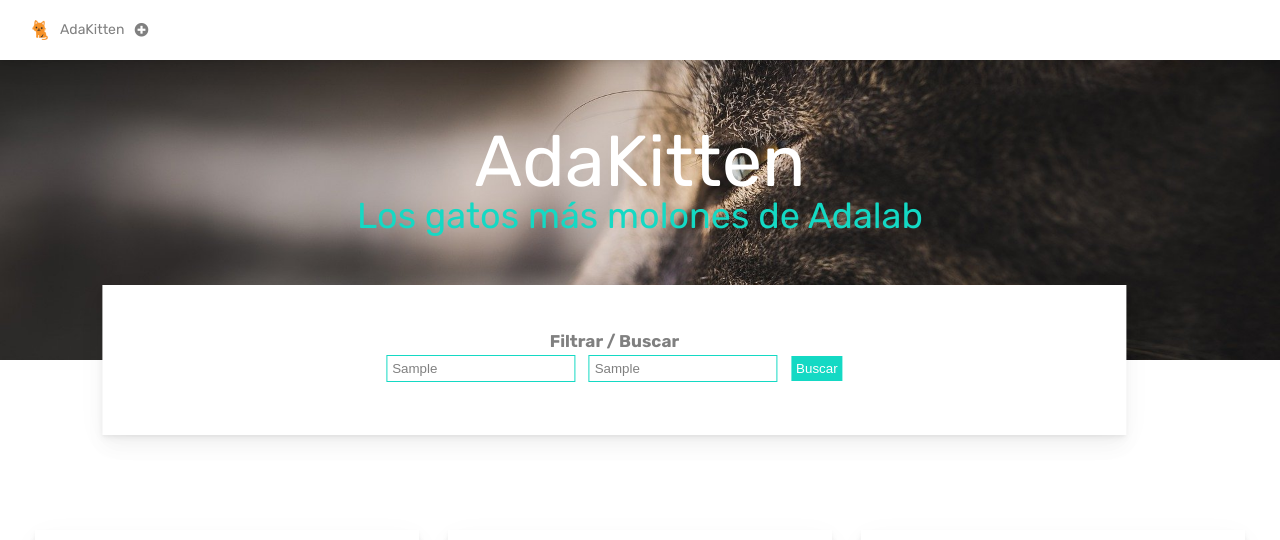
Repository: Adalab/promo-s-module-2-pair-7-sprint-1-ada-kitten
Page: index.html
The author's editor kept a copy of each file at every save. The page is drawn from the files as they stood at one save, then again after the next save.
The browser window is 1280 px wide. The pictures show the part of the page from y = 0 to 540 px (the page is 997 px tall).
Empty fields were first filled with sample values (such as "Sample", 5 or name@example.com).
After loading, the first visible `span.fas` was clicked once.
Pictures or frames that could not be fetched are drawn as grey boxes. Some web libraries are served in a nearby version.

Above is the page before, as saved 2023-02-07 10:54:49.
Console error: ReferenceError: newFormElement is not defined

### index.html
<!DOCTYPE html>
<html lang="es">
  <head>
    <meta charset="UTF-8" />
    <meta http-equiv="X-UA-Compatible" content="IE=edge" />
    <meta name="viewport" content="width=device-width, initial-scale=1.0" />
    <link rel="preconnect" href="https://fonts.googleapis.com" />
    <link rel="preconnect" href="https://fonts.gstatic.com" crossorigin />
    <link
      href="https://fonts.googleapis.com/css2?family=Rubik:wght@300;400;700&display=swap"
      rel="stylesheet"
    />
    <link
      rel="stylesheet"
      href="https://pro.fontawesome.com/releases/v5.10.0/css/all.css"
      integrity="sha384-AYmEC3Yw5cVb3ZcuHtOA93w35dYTsvhLPVnYs9eStHfGJvOvKxVfELGroGkvsg+p"
      crossorigin="anonymous"
    />
    <link rel="icon" href="./img/favicon.png" type="image/x-icon" />
    <link rel="stylesheet" href="./css/reset.css" />
    <link rel="stylesheet" href="./css/main.css" />
    <title>AdaKitten</title>
  </head>
  <body>
    <header class="header">
      <section class="logo">
        <img class="img" src="./img/favicon.png" alt="Logo de Adacats" />
        <h1>AdaKitten</h1>
        <nav class="menu-nav">
          <ul class="menu">
            <li class="item">
              <span class="fas fa-plus-circle js-fas"> </span>
            </li>
          </ul>
        </nav>
      </section>
    </header>

    <main>
      <section class="new-form collapsed js-new-form">
        <h2 class="title">¿Agregamos un nuevo gatito a Adalab?</h2>
        <form class="form">
          <input
            class="input js-input-photo"
            type="text"
            placeholder="Url de la foto"
            required
          />
          <input
            class="input js-input-name"
            type="text"
            placeholder="Nombre"
            required
          />
          <input class="input js-input-race" type="text" placeholder="Raza" />
          <input
            class="input js-input-desc"
            type="text"
            placeholder="Descripción"
            required
          />
          <label class="js-label-error"></label>
          <button class="button js-btn-add">Añadir</button>
          <button class="button-cancel">Cancelar</button>
        </form>
      </section>

      <section class="about-us">
        <h1 class="title">AdaKitten</h1>
        <h2 class="subtitle">Los gatos más molones de Adalab</h2>
      </section>

      <section class="search">
        <h2 class="title">Filtrar / Buscar</h2>
        <form class="form">
          <input
            class="input js_in_search_desc"
            type="text"
            placeholder="Descripción"
            value=""
          />
          <input
            class="input"
            type="select"
            name="raza"
            placeholder="Raza"
            id="raza"
          />

          <button class="button">Buscar</button>
        </form>
      </section>

      <section class="data">
        <ul class="list js-list">
          <!--<li class="card">
            <article>
              <img
                class="card_img"
                src="https://dev.adalab.es/gato-siames.webp"
                alt="siames-cat"
              />
              <h3 class="card_title">Anastacio</h3>
              <h4 class="card_race">Siamés</h4>
              <p class="card_description">
                Porte elegante, su patrón de color tan característico y sus ojos
                de un azul intenso, pero su historia se remonta a Asía al menos
                hace 500 años, donde tuvo su origen muy posiblemente.
              </p>
            </article>
          </li>

          <li class="card">
            <img
              class="card_img"
              src="https://dev.adalab.es/sphynx-gato.webp"
              alt="sphynx-cat"
            />
            <h3 class="card_title">Fiona</h3>
            <h4 class="card_race">Sphynx</h4>
            <p class="card_description">
              Produce fascinación y curiosidad. Exótico, raro, bello, extraño…
              hasta con pinta de alienígena han llegado a definir a esta raza
              gatuna que se caracteriza por la «ausencia» de pelo.
            </p>
          </li>
          <li class="card">
            <img
              class="card_img"
              src="https://dev.adalab.es/maine-coon-cat.webp"
              alt="maine-coon-cat"
            />
            <h3 class="card_title">Cielo</h3>
            <h4 class="card_race">Maine Coon</h4>
            <p class="card_description">
              Tienen la cabeza cuadrada y los ojos simétricos, por lo que su
              bella mirada se ha convertido en una de sus señas de identidad.
              Sus ojos son grandes y las orejas resultan largas y en punta.
            </p>
          </li>-->
        </ul>
      </section>
    </main>
    <footer class="footer">
      <h3 class="subtittle">&copy; Adalab 2022</h3>
    </footer>
    <script src="./js/script.js"></script>
  </body>
</html>

### css/main.css
:root {
  --color-green: #14d9c4;
  font-family: 'Rubik', sans-serif;
  font-size: 14px;
  color: grey;
}

li {
  list-style: none;
}
.header {
  width: 100%;
  height: 50px;
  position: fixed;
  z-index: 1;
  top: 0;
  box-shadow: 0 0.46875rem 2.1875rem rgb(4 9 20 / 3%),
    0 0.9375rem 1.40625rem rgb(4 9 20 / 3%),
    0 0.25rem 0.53125rem rgb(4 9 20 / 5%), 0 0.125rem 0.1875rem rgb(4 9 20 / 3%);
  display: flex;
  justify-content: space-between;
  background-color: white;
  padding: 30px;
}
.header .logo {
  display: flex;
  justify-content: flex-start;
  align-items: center;
  width: 80vh;
}

.header .menu-nav {
  display: flex;
  justify-content: center;
  align-items: center;
}

.header .menu {
  display: flex;
}

.menu .item {
  padding: 10px;
}

.header .img {
  width: 30px;
  padding-right: 10px;
}

.header .view {
  display: flex;
}

.header .view .item {
  padding-right: 10px;
}

.about-us {
  background-image: url('../img/fondo.jpeg');
  width: 100%;
  height: 50vh;
  background-repeat: no-repeat;
  background-position: center;
  background-size: cover;
  display: flex;
  flex-direction: column;
  justify-content: center;
  align-items: center;
}

.about-us .title {
  color: white;
  font-size: 72px;
}
.about-us .subtitle {
  color: var(--color-green);
  font-size: 36px;
}

.search {
  width: 80%;
  background-color: white;
  box-shadow: 0 0.46875rem 2.1875rem rgb(4 9 20 / 3%),
    0 0.9375rem 1.40625rem rgb(4 9 20 / 3%),
    0 0.25rem 0.53125rem rgb(4 9 20 / 5%), 0 0.125rem 0.1875rem rgb(4 9 20 / 3%);
  height: 150px;
  transform: translate(10%, -50%);
  display: flex;
  flex-direction: column;
  justify-content: center;
  align-items: center;
}

.search .title {
  color: fff;
  font-size: 17px;
  font-weight: 600;
}

.data {
  padding: 20px;
}

.data .list {
  display: flex;
  flex-direction: row;
  flex-wrap: wrap;
  justify-content: flex-start;
  align-items: center;
}

.card {
  display: flex;
  flex-direction: column;
  justify-content: center;
  align-items: center;
  margin: auto;
  background-color: white;
  overflow: hidden;
  padding: 10px;
  transition: 0.25s all;
  width: 100vw;
  box-shadow: 0 0.46875rem 2.1875rem rgb(4 9 20 / 3%),
    0 0.9375rem 1.40625rem rgb(4 9 20 / 3%),
    0 0.25rem 0.53125rem rgb(4 9 20 / 5%), 0 0.125rem 0.1875rem rgb(4 9 20 / 3%);
  text-align: center;
}
@media all and (min-width: 500px) {
  .card {
    width: 30vw;
  }
}

.card_img {
  width: 100%;
  height: 250px;
  object-fit: cover;
}

.card_title {
  font-weight: 600;
  padding: 10px;
}

.card_race {
  padding: 10px;
}
.card_description {
  padding: 10px;
}

.footer {
  background-color: var(--color-green);
  height: 30px;
  width: 100%;
  display: flex;
  align-items: center;
  justify-content: center;
  color: white;
}

.new-form {
  top: 50px;
  width: 40vh;
  height: 100%;
  background-color: white;
  box-shadow: 0 0.46875rem 2.1875rem rgb(4 9 20 / 3%),
    0 0.9375rem 1.40625rem rgb(4 9 20 / 3%),
    0 0.25rem 0.53125rem rgb(4 9 20 / 5%), 0 0.125rem 0.1875rem rgb(4 9 20 / 3%);
  position: absolute;
  z-index: 2;
  display: flex;
  flex-direction: column;
  align-items: center;
}
.new-form .title {
  font-size: 18px;
  padding: 10px;
  margin-top: 20px;
}

.new-form .form {
  width: 80%;
  display: flex;
  flex-direction: column;
  padding: 10px;
}

.input {
  margin: 5px;
  padding: 5px;
  border: 0.5px solid var(--color-green);
  color: grey;
}

.button {
  background-color: var(--color-green);
  border: none;
  padding: 5px;
  margin: 5px;
  color: white;
}

.collapsed {
  display: none;
}

.button-cancel {
  background-color: grey;
  border: none;
  padding: 5px;
  margin: 5px;
  color: white;
}

### js/script.js
'use strict';

const newForm = document.querySelector('.js-new-form');

/* newForm.classList.remove("collapsed");*/

const dataList = document.querySelector(".js-list");


const kittenOneImage = "https://dev.adalab.es/gato-siames.webp";
const kittenOneName = "Anastacio";
const kittenOneDesc = "Porte elegante, su patrón de color tan característico y sus ojos de un azul intenso, pero su historia se remonta a Asía al menos hace 500 años, donde tuvo su origen muy posiblemente.";
const kittenOneRace = "Siamés";

const kittenTwoImage = "https://dev.adalab.es/sphynx-gato.webp";
const kittenTwoName = "Fiona";
const kittenTwoDesc = "Produce fascinación y curiosidad. Exótico, raro, bello, extraño... hasta con pinta de alienígena han llegado a definir a esta raza gatuna que se caracteriza por la «ausencia» de pelo.";
const kittenTwoRace = "Sphynx";

const kittenThreeImage = "https://dev.adalab.es/maine-coon-cat.webp"
const kittenThreeName = "Cielo";
const kittenThreeDesc = "Tienen la cabeza cuadrada y los ojos simétricos, por lo que su bella mirada se ha convertido en una de sus señas de identidad. Sus ojos son grandes y las orejas resultan largas y en punta.";
const kittenThreeRace = "Maine Coon";

const kittenOne = `<li class="card">
<article>
  <img
    class="card_img"
    src= ${kittenOneImage}
    alt="gatito"
  />
  <h3 class="card_title">${kittenOneName.toUpperCase()}</h3>
  <h4 class="card_race">${kittenOneRace}</h4>
  <p class="card_description">
  ${kittenOneDesc}
   </p>
</article>
</li>`;

const kittenTwo = `<li class="card">
<article>
  <img
    class="card_img"
    src= ${kittenTwoImage}
    alt="gatito"
  />
  <h3 class="card_title">${kittenTwoName.toUpperCase()}</h3>
  <h4 class="card_race">${kittenTwoRace}</h4>
  <p class="card_description">
  ${kittenTwoDesc}
   </p>
</article>
</li>`;

const kittenThree = `<li class="card">
<article>
  <img
    class="card_img"
    src= ${kittenThreeImage}
    alt="gatito"
  />
  <h3 class="card_title">${kittenThreeName.toUpperCase()}</h3>
  <h4 class="card_race">${kittenThreeRace}</h4>
  <p class="card_description">
  ${kittenThreeDesc}
   </p>
</article>
</li>`;

/*dataList.innerHTML = kittenOne;



/*const kittenTwo = `<li class="card">
            <img
              class="card_img"
              src="https://dev.adalab.es/sphynx-gato.webp"
              alt="sphynx-cat"
            />
            <h3 class="card_title">Fiona</h3>
            <h4 class="card_race">Sphynx</h4>
            <p class="card_description">
              Produce fascinación y curiosidad. Exótico, raro, bello, extraño…
              hasta con pinta de alienígena han llegado a definir a esta raza
              gatuna que se caracteriza por la «ausencia» de pelo.
            </p>
          </li>`*/

/*dataList.innerHTML += kittenTwo;*/

/*const kittenThree = `<li class="card">
            <img
              class="card_img"
              src="https://dev.adalab.es/maine-coon-cat.webp"
              alt="maine-coon-cat"
            />
            <h3 class="card_title">Cielo</h3>
            <h4 class="card_race">Maine Coon</h4>
            <p class="card_description">
              Tienen la cabeza cuadrada y los ojos simétricos, por lo que su
              bella mirada se ha convertido en una de sus señas de identidad.
              Sus ojos son grandes y las orejas resultan largas y en punta.
            </p>
          </li>`*/



/*dataList.innerHTML += kittenThree;*/


const input_search_desc = document.querySelector(".js_in_search_desc");
const descSearchText = input_search_desc.value;
if(kittenOneDesc.includes (descSearchText)) {
  dataList.innerHTML = kittenOne;
  }

if(kittenTwoDesc.includes (descSearchText)) {
  dataList.innerHTML += kittenTwo;
}
if(kittenThree.includes (descSearchText)) {
  dataList.innerHTML += kittenThree;
}


const newform = document.querySelector(".js-new-form");
const plus = document.querySelector(".js-fas");


/*plus.addEventListener('click', (event) => {
  if (newform.classList.contains('collapsed')) {
  newform.classList.remove("collapsed");
} else {
  newform.classList.add("collapsed");

}});*/
plus.addEventListener('click', handleClickNewCatForm);

function showNewCatForm() {
  newFormElement.classList.remove('collapsed');
}
function hideNewCatForm() {
  newFormElement.classList.add('collapsed');
}

function handleClickNewCatForm(event) {
  event.preventDefault();
  if (newform.classList.contains('collapsed')) {
    newFormElement.classList.remove('collapsed');
  } else {
    newform.classList.add('collapsed');
  }
}




const addbtn = document.querySelector(".js-btn-add");
const inputDesc = document.querySelector('.js-input-desc');
const inputPhoto = document.querySelector('.js-input-photo');
const inputName = document.querySelector('.js-input-name');
const inputRace = document.querySelector('.js-input-race');
const labelMessageError = document.querySelector('.js-label-error');


addbtn.addEventListener('click', (event) => {
event.preventDefault()

const valueDesc = inputDesc.value;
const valuePhoto = inputPhoto.value;
const valueName = inputName.value;
const valueRace = inputRace.value;

if (valueDesc === '' || valuePhoto === '' || valueName === '') {
  console.log(valueDesc)
;  labelMessageError.innerHTML = "¡Uy! parece que has olvidado algo";
} else {

const kittenNew = `<li class="card">
<article>
  <img
    class="card_img"
    src= ${valuePhoto}
    alt="gatito"
  />
  <h3 class="card_title">${valueName.toUpperCase()}</h3>
  <p class="card_description">
  ${valueDesc}
   </p>
</article>
</li>`;

dataList.innerHTML += `<li>${kittenNew}</li>`;

inputDesc.value = '';
inputName.value = '';
inputPhoto.value = '';
inputRace.value = '';
newform.classList.add("collapsed");
}


});

Loaded but not shown: css/reset.css (common file)

After the next save:
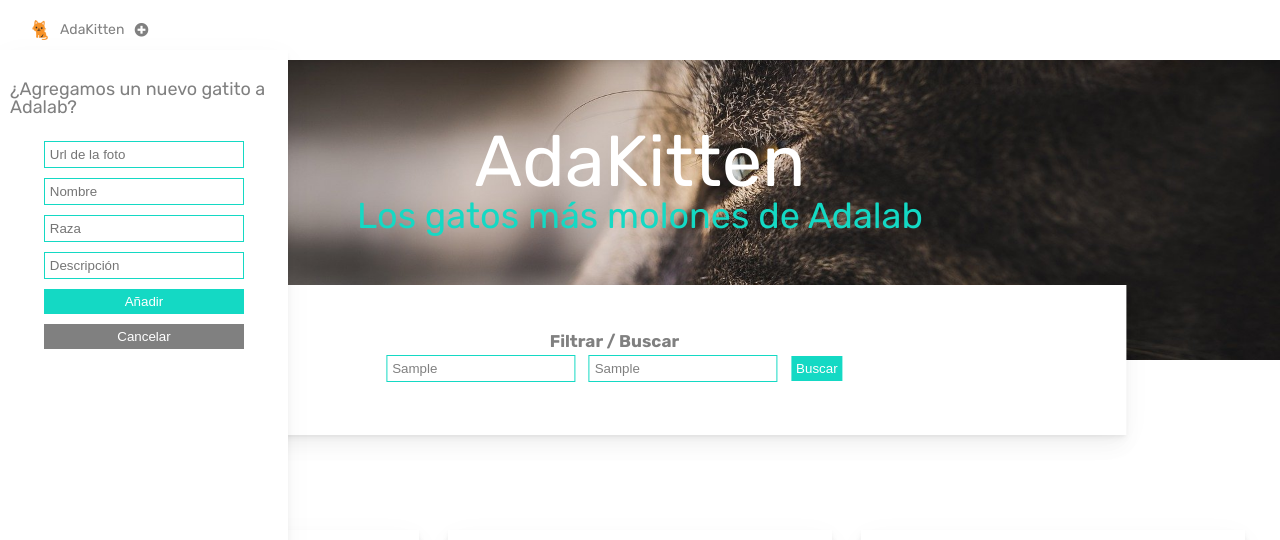
The error is gone.
Saved 15 s later.
--- a/js/script.js
+++ b/js/script.js
@@ -145,7 +145,7 @@ function hideNewCatForm() {
 function handleClickNewCatForm(event) {
   event.preventDefault();
   if (newform.classList.contains('collapsed')) {
-    newFormElement.classList.remove('collapsed');
+    newform.classList.remove('collapsed');
   } else {
     newform.classList.add('collapsed');
   }
